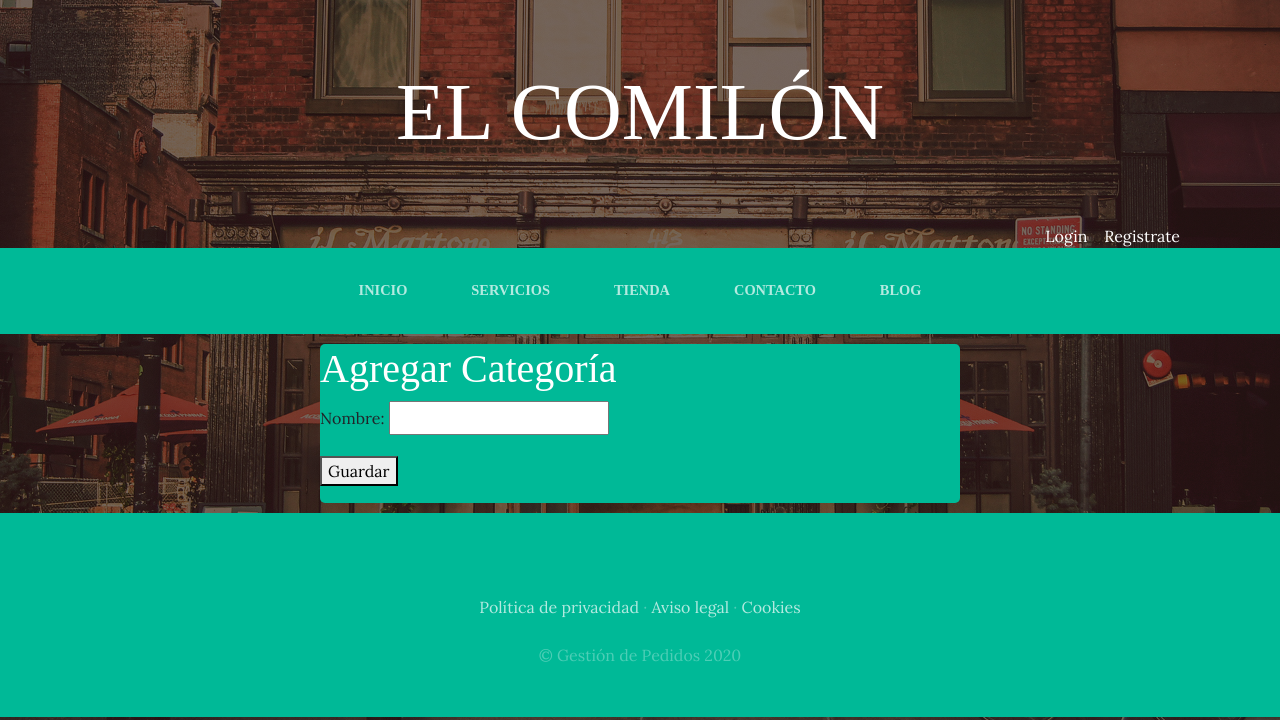
Repository: MatLarrea/Entrega_Elcomilon
Page: http://localhost/tienda/agregar_categoria/
These files come from the project's save history. The page is drawn as it stood at one moment and after the next save; the edit follows.
The browser window is 1280 px wide. The pictures show the whole page.
Some web fonts or font styles are not loaded; a fallback is used. The page is served by the project's application, run on Django 5.2 (manage.py). Other server files are loaded and not shown.

Above is the page before, as saved 2024-07-11 21:53:03.
Console error: TypeError: Cannot read properties of null (reading 'addEventListener')

### TiendaApp/templates/tienda/agregar_categoria.html
{% extends 'layouts/base.html'%}

{% load static %}


{% block content %}
<div class="formularioContacto">
    <h1 style="color: white;">Agregar Categoría</h1>
    <form method="post">
        {% csrf_token %}
        {{ form.as_p }}
        <button type="submit">Guardar</button>
    </form>
</div>
{% endblock%}

### Carrito/context_processor.py
from django.contrib import messages

def importe_total_carro(request):

    total = 0

    if request.user.is_authenticated:
        for key, value in request.session["carrito"].items():
            total = total + float(value["precio"])
    else:
        total = "Error"
    return {"importe_total_carro":total}

### Tienda_OnlineApp/templates/layouts/base.html
<html>

<head>


    {% load static %}
    <!-- Bootstrap -->
    <link href="{% static 'Tienda_OnlineApp/vendor/bootstrap/css/bootstrap.min.css' %}" rel="stylesheet">

    <!-- Fonts -->

    <link href="https://fonts.googleapis.com/css2?family=Raleway:wght@300&display=swap" rel="stylesheet">
    <link href="https://fonts.googleapis.com/css?family=Lora:400,400i,700,700i" rel="stylesheet">


    <!-- Styles -->
    <link href="{% static 'Tienda_OnlineApp/css/gestion.css' %}" rel="stylesheet">
</head>

<body>

    <h1 class="site-heading text-center text-white d-none d-lg-block">

        <span class="site-heading-lower">El comilón</span>
    </h1>

    <div style="text-align: right; margin-right: 100px; color: white;">

        {% if user.is_authenticated %}
           Bienvenido {{user.username}} &nbsp;&nbsp; <a href="{% url 'cerrar_sesion'%}" style="color: white;"> Cerrar sesión</a>
        {% else %}
            <a href="{% url 'logear' %}" style="color: white;">Login</a> &nbsp;&nbsp; <a href="{% url 'registro'%}" style="color: white;">Registrate</a>
        {% endif %}
    </div>
    <!-- Navbar -->
    <nav class="navbar navbar-expand-lg navbar-dark py-lg-4" id="mainNav">
        <div class="container">
            <a class="navbar-brand text-uppercase text-expanded font-weight-bold d-lg-none" href="home.html">Gestión de Pedidos
            </a>
            <button class="navbar-toggler" type="button" data-toggle="collapse" data-target="#navbarResponsive"
                aria-controls="navbarResponsive" aria-expanded="false" aria-label="Toggle navigation">
                <span class="navbar-toggler-icon"></span>
            </button>
            <div class="collapse navbar-collapse" id="navbarResponsive">
                <ul class="navbar-nav mx-auto">
                    <li class="nav-item {% if request.path == '/' %}active{% endif %} px-lg-4">
                        <a class="nav-link text-uppercase text-expanded" href="{% url 'home' %}">Inicio</a>
                    </li>
                    <li class="nav-item {% if request.path == '/servicios/' %}active{% endif %} px-lg-4">
                        <a class="nav-link text-uppercase text-expanded" href="{% url 'servicios' %}">Servicios</a>
                    </li>
                    <li class="nav-item {% if request.path == '/tienda/' %}active{% endif %} px-lg-4">
                        <a class="nav-link text-uppercase text-expanded" href="{% url 'tienda' %}">Tienda</a>
                    </li>
                    <li class="nav-item {% if request.path == '/contacto/' %}active{% endif %} px-lg-4">
                        <a class="nav-link text-uppercase text-expanded" href="{% url 'contacto' %}">Contacto</a>
                    </li>
                    <li class="nav-item {% if request.path|slice:':6' == '/blog/' %}active{% endif %} px-lg-4">
                        <a class="nav-link text-uppercase text-expanded" href="{% url 'blog' %}">Blog</a>
                    </li>
                    {% if user.is_superuser %}
                        <li class="nav-item {% if request.path == '/agregar_categoria/' %}active{% endif %} px-lg-4">
                            <a class="nav-link text-uppercase text-expanded" href="{% url 'agregar_categoria' %}">Administración</a>
                        </li>
                    {% endif %}
                </ul>
            </div>
        </div>
    </nav>

    <!-- Contenido de las paginas-->
    {% block content%}

    {% endblock %}

    <!-- Footer -->
    <footer class="footer text-faded text-center py-5">
        <div class="container">
            <p class="m-0">
                <a href="#" class="link">
                    <span class="fa-stack fa-lg">
                        <i class="fa fa-circle fa-stack-2x"></i>
                        <i class="fa fa-twitter fa-stack-1x fa-inverse"></i>
                    </span>
                </a>
                <a href="#" class="link">
                    <span class="fa-stack fa-lg">
                        <i class="fa fa-circle fa-stack-2x"></i>
                        <i class="fa fa-facebook fa-stack-1x fa-inverse"></i>
                    </span>
                </a>
                <a href="#" class="link">
                    <span class="fa-stack fa-lg">
                        <i class="fa fa-circle fa-stack-2x"></i>
                        <i class="fa fa-instagram fa-stack-1x fa-inverse"></i>
                    </span>
                </a>
            </p>
            <p class="m-0 mbt">
                <a href="sample.html" class="link">Política de privacidad</a> ·
                <a href="sample.html" class="link">Aviso legal</a> ·
                <a href="sample.html" class="link">Cookies</a>
            </p>
            <p class="m-0 mbt1">&copy; Gestión de Pedidos 2020</p>
        </div>
    </footer>

    <!-- Bootstrap -->
    <script src="{% static 'Tienda_OnlineApp/vendor/jquery/jquery.min.js' %}"></script>
    <script src="{% static 'Tienda_OnlineApp/vendor/bootstrap/js/bootstrap.bundle.min.js' %}"></script>
    <script src="{% static 'Tienda_OnlineApp/js/gestion.js' %}"></script>
</body>

</html>

### TiendaApp/forms.py
from django import forms
from .models import Categoria_producto

class CategoriaProductoForm(forms.ModelForm):
    class Meta:
        model = Categoria_producto
        fields = ['nombre']

### TiendaApp/models.py
from django.db import models

# Create your models here.
class Categoria_producto(models.Model):
    nombre = models.CharField(max_length=50)
    created = models.DateTimeField(auto_now_add=True)
    updated = models.DateTimeField(auto_now_add=True)

    class Meta:
        verbose_name = "categoria_producto"
        verbose_name_plural = "categorias_producto"

    def __str__(self):
        return self.nombre

class Producto(models.Model):
    nombre = models.CharField(max_length=50)
    precio = models.FloatField()
    categorias =  models.ForeignKey(Categoria_producto, on_delete=models.CASCADE)
    imagen = models.ImageField(upload_to="tienda", null=True, blank=True)
    disponibilidad = models.BooleanField(default=True)
    created = models.DateTimeField(auto_now_add=True)
    updated = models.DateTimeField(auto_now_add=True)

    class Meta:
        verbose_name = "producto"
        verbose_name_plural = "productos"

    def __str__(self):
        return self.nombre

### TiendaApp/views.py
from django.shortcuts import render, redirect
from .models import Producto
from .forms import CategoriaProductoForm

# Create your views here.
def tienda(request):
    productos = Producto.objects.all()
    return render(request, "tienda/tienda.html", {"productos":productos})

def agregar_categoria(request):
    if request.method == 'POST':
        form = CategoriaProductoForm(request.POST)
        if form.is_valid():
            form.save()
            return redirect('nombre_de_tu_vista_o_url')
    else:
        form = CategoriaProductoForm()
    return render(request, 'tienda/agregar_categoria.html', {'form': form})

### Tienda_Online/urls.py
"""
URL configuration for Tienda_Online project.

The `urlpatterns` list routes URLs to views. For more information please see:
    https://docs.djangoproject.com/en/5.0/topics/http/urls/
Examples:
Function views
    1. Add an import:  from my_app import views
    2. Add a URL to urlpatterns:  path('', views.home, name='home')
Class-based views
    1. Add an import:  from other_app.views import Home
    2. Add a URL to urlpatterns:  path('', Home.as_view(), name='home')
Including another URLconf
    1. Import the include() function: from django.urls import include, path
    2. Add a URL to urlpatterns:  path('blog/', include('blog.urls'))
"""
from django.contrib import admin
from django.urls import path, include
from django.conf import settings
from django.conf.urls.static import static

urlpatterns = [
    path('admin/', admin.site.urls),
    path('', include("Tienda_OnlineApp.urls")),
    path('servicios/', include("ServiciosApp.urls")),
    path('blog/', include("BlogApp.urls")),
    path('contacto/', include("ContactoApp.urls")),
    path('tienda/', include("TiendaApp.urls")),
    path('carrito/', include("Carrito.urls")),
    path('auth/', include("AutentificacionApp.urls")),
]

urlpatterns += static(settings.MEDIA_URL, document_root = settings.MEDIA_ROOT)

### ServiciosApp/urls.py
from django.urls import path
from . import views

urlpatterns = [
    path('', views.servicios, name="servicios"),
]

### BlogApp/urls.py
from django.urls import path
from . import views

urlpatterns = [
    path('', views.blog, name="blog"),
    path('categoria/<categoria_id>/', views.categoria, name="categoria"),
]

### ContactoApp/urls.py
from django.urls import path
from . import views

urlpatterns = [
    path('', views.contacto, name="contacto"),
]

### TiendaApp/urls.py
from django.urls import path
from . import views
from .views import agregar_categoria


urlpatterns = [
    path('', views.tienda, name="tienda"),
    path('agregar_categoria/', agregar_categoria, name='agregar_categoria'),
]

### Carrito/urls.py
from django.urls import path
from . import views

app_name = "ctienda"

urlpatterns = [

    path("agregar/<int:producto_id>/", views.agregar_producto, name="agregar"),
    path("eliminar/<int:producto_id>/", views.eliminar_producto, name="eliminar"),
    path("restar/<int:producto_id>/", views.restar_producto, name="restar"),
    path("limpiar/", views.limpiar_carrito, name="limpiar"),
]

### AutentificacionApp/urls.py
from django.urls import path
from .views import VRegistro, cerrar_sesion, logear



urlpatterns = [
    path('', VRegistro.as_view() , name="registro"),
    path('cerrar_sesion', cerrar_sesion, name="cerrar_sesion"),
    path('login', logear, name="logear"),
]

### Tienda_OnlineApp/static/Tienda_OnlineApp/css/gestion.css
body {
  font-family: 'Lora';
  background: linear-gradient(rgba(47, 23, 15, 0.65), rgba(47, 23, 15, 0.65)), url("../img/bg_mainn.jpg");
  background-attachment: fixed;
  background-position: center;
  background-size: cover;
}

h1,
h2,
h3,
h4,
h5,
h6 {
  font-family: 'Raleway';
}

p {
  line-height: 1.75;
}

.text-faded {
  color: rgba(255, 255, 255, 0.3);
}

.site-heading {
  margin-top: 5rem;
  margin-bottom: 5rem;
  text-transform: uppercase;
  line-height: 1;
  font-family: 'Raleway';
}

.site-heading .site-heading-upper {
  display: block;
  font-size: 2rem;
  font-weight: 800;
}

.site-heading .site-heading-lower {
  font-size: 5rem;
  font-weight: 100;
  line-height: 4rem;
}

.page-section {
  margin-top: 5rem;
  margin-bottom: 5rem;
}

.section-heading {
  text-transform: uppercase;
}

.section-heading .section-heading-upper {
  display: block;
  font-size: 1rem;
  font-weight: 800;
  padding-bottom: .5rem;

}

.section-heading .section-heading-lower {
  display: block;
  font-size: 3rem;
  font-weight: 100;
}


.section-heading .section-heading-under {
  display: block;
  font-size: 1rem;
  text-transform: none;
  font-weight: 300;
  margin-top: .5rem;
}

.bg-faded {
  background-color: rgba(255, 255, 255, 0.85);
}

#mainNav {
  background-color: rgb(0, 185, 151);
  font-family: 'Raleway';
}

#mainNav .navbar-brand {
  color: #ffffff;
}

#mainNav .navbar-nav .nav-item .nav-link {
  color: rgba(255, 255, 255, 0.7);
  font-weight: 800;
}

#mainNav .navbar-nav .nav-item.active .nav-link {
  color: #ffffff;
  text-decoration: underline;
}

@media (min-width: 992px) {
  #mainNav .navbar-nav .nav-item .nav-link {
    font-size: 0.9rem;
  }

  #mainNav .navbar-nav .nav-item .nav-link:hover {
    color: rgba(255, 255, 255, 0.4);
    text-decoration: underline;
  }

  #mainNav .navbar-nav .nav-item.active .nav-link:hover {
    color: #ffffff;
    text-decoration: underline;
  }
}

.btn-xl {
  font-weight: 700;
  font-size: 0.8rem;
  padding-top: 1.5rem;
  padding-bottom: 1.5rem;
  padding-left: 2rem;
  padding-right: 2rem;
}

.intro {
  position: relative;
}

@media (min-width: 992px) {
  .intro .intro-img {
    width: 75%;
    float: left;
  }

  .intro .intro-text {
    left: 600;
    width: 60%;
    margin-top: 3rem;
    background-color: rgb(0, 185, 151);
    color: cornsilk;
    position: absolute;
  }

  .intro .intro-text .intro-button {
    width: 100%;
    left: 0;
    position: absolute;
    bottom: -2rem;
  }
}

@media (min-width: 1200px) {
  .intro .intro-text {
    width: 45%;
  }
}

.cta {
  padding-top: 5rem;
  padding-bottom: 5rem;
  background-color: rgb(242, 245, 240);
}

.cta .cta-inner {
  position: relative;
  padding: 3rem;
  margin: 0.5rem;
  background-color: rgb(0, 185, 151);
  color: cornsilk;
}

.cta .cta-inner:before {
  border-radius: 0.5rem;
  content: '';
  position: absolute;
  top: -0.5rem;
  bottom: -0.5rem;
  left: -0.5rem;
  right: -0.5rem;
  border: 0.25rem solid rgba(255, 255, 255, 0.85);
}

.cta .cta-innerv {
  position: relative;
  padding: 3rem;
  margin: 0.5rem;
  background-color: rgba(255, 255, 255, 0.85);
}

@media (min-width: 992px) {
  .about-heading .about-heading-img {
    position: relative;
    z-index: 0;
  }

  .about-heading .about-heading-content {
    margin-top: -5rem;
    position: relative;
    z-index: 1;
  }
}

@media (min-width: 992px) {
  .product-item .product-item-title {
    position: relative;
    z-index: 1;
    margin-bottom: -3rem;
  }

  .product-item .product-item-img {
    position: relative;
    z-index: 0;
    max-width: 60vw;
  }

  .product-item .product-item-description {
    position: relative;
    z-index: 1;
    margin-top: -3rem;
    max-width: 50vw;
  }
}



@media (min-width: 992px) {
  .list-hours {
    width: 50%;
    font-size: 1.1rem;
  }
}

.address strong {
  font-size: 1.2rem;
}

.footer {
  background-color: rgb(0, 185, 151);
}



.btn {
  box-shadow: 0px 3px 3px 0px rgba(33, 37, 41, 0.1);
}



.font-weight-light {
  font-weight: 100 !important;
}

.mbtm {
  padding-top: 5rem;
}

.mbt {
  padding-top: 2rem;
}

.mbt1 {
  padding-top: 1.25rem;
}

a.link {
  color: rgba(255, 255, 255, 0.7);
}

a.link:hover {
  text-decoration: none;
  color: rgba(255, 255, 255, 0.4);
}

.section-content {
  font-family: 'Lora' !important;
  font-size: 16px !important;
  font-weight: 400 !important;
  line-height: 28px !important;
}

ul.errorlist {
  padding-top: .75rem;
  font-style: italic;
  color: red;
}

.linksCategorias{
  color: white !important;
  text-decoration: underline;
}

.linksCategorias:hover{
  text-decoration: none;
}

.formularioContacto{
  background-color:  rgb(0, 185, 151);
  margin: auto;
  width: 50%;
  margin: 10px auto;
  border-radius: 5px;
  padding: 1px 0px;
}

/*Mapa api*/

#encuentranos p{
  text-align: center;
}

#map{
  border-radius: 5rem;
  border-style: ridge;
  border-width: 1rem;
  border-color:  rgb(0, 185, 151);
  height: 30rem;
  width: 80%;
  margin: auto;
}

.texto-mapa{
  color: black;
  font-size: 2rem;
}

.mapa{
  background-color: #fff;
  padding-bottom: 5rem;
}

.clima button{

  text-decoration: none;
  color: #fff;
  border-color: black;
  max-width: 20rem;
  height: 2rem;
}

#resultado{
  background-color:   rgb(0, 185, 151);
  color: black;
  max-width: 15rem;
}

#inicio{
  margin: 1% 1%;
}

### Tienda_OnlineApp/static/Tienda_OnlineApp/js/gestion.js
//Creacion de ubicacion localizacion local google map api
let map;
async function initMap() {
  let coord  = {lat:-33.012516 ,lng:-71.549197 };
  const { Map } = await google.maps.importLibrary("maps");
  map = new Map(document.getElementById("map"), {
    center: coord,
    zoom: 16,
  });
  var marker = new google.maps.Marker({
    position: coord,
    map: map
});
}
initMap();


//Obtencion datos API openweathermap
let key = 'b2158dabed90c6c3a9797b6e96405750';
let ciudad = document.getElementById('city');
let boton = document.getElementById('btn');
let resultado = document.getElementById('resultado');
let get_weather = () => {
  let city_name = ciudad.value;
    let url = `https://api.openweathermap.org/data/2.5/weather?q=${city_name}&appid=${key}&units=metric`
    fetch(url).then((resp) => resp.json()).then(data => {
      console.log("la temperatura es " +(data.main.temp)+'°');
      console.log(data.weather[0].description);
      console.log(data);
      resultado.innerHTML = `<h2>${data.name} | ${data.main.temp+'°'}</h2>`
    });
}
boton.addEventListener('click',get_weather);

Loaded but not shown: Tienda_OnlineApp/urls.py (common file)

After the next save:
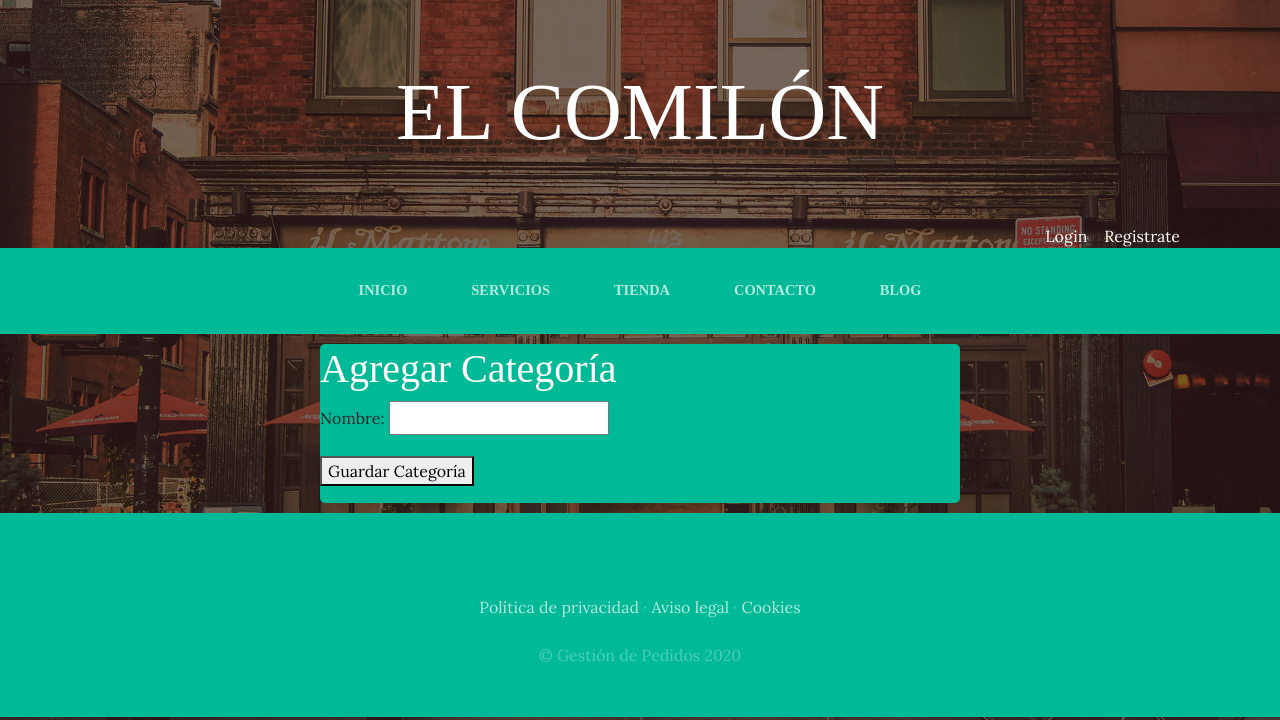
Saved 17 s later.
--- a/TiendaApp/templates/tienda/agregar_categoria.html
+++ b/TiendaApp/templates/tienda/agregar_categoria.html
@@ -9,7 +9,7 @@
     <form method="post">
         {% csrf_token %}
         {{ form.as_p }}
-        <button type="submit">Guardar</button>
+        <button type="submit">Guardar Categoría</button>
     </form>
 </div>
 {% endblock%}
